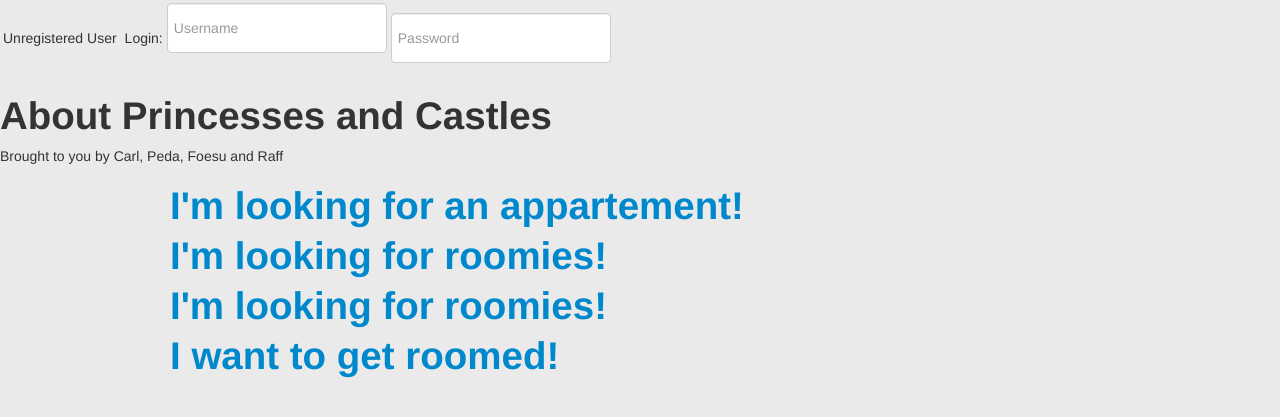
Repository: ese-unibe-ch/ese2014-team2
Page: http://localhost/Skeleton/pages/index.jsp
These files come from the project's save history. The page is drawn as it stood at one moment and after the next save; the edit follows.
The browser window is 1280 px wide. The pictures show the whole page.
Some web libraries are served in a nearby version. The page is served by Tomcat 9. Nobody is signed in. The application's start-up code is not run. The template is opened directly, without the code that normally fills it, so the values that code supplies are empty.

Above is the page before, as saved 2014-10-16 11:24:09.
Console error (its wording comes from the project's code and is left out).

After the next save:
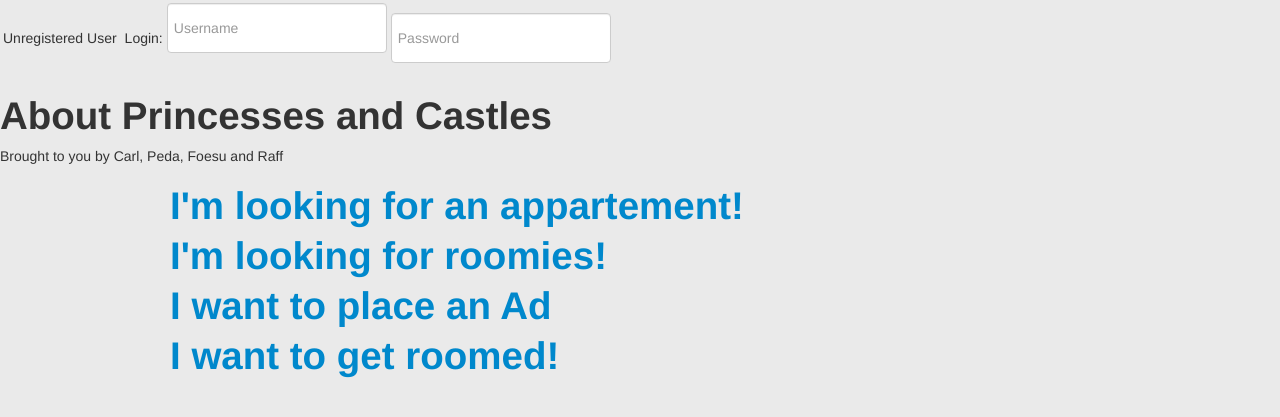
Saved 11 s later.
--- a/Skeleton/src/main/webapp/pages/index.jsp
+++ b/Skeleton/src/main/webapp/pages/index.jsp
@@ -22,7 +22,7 @@
 
 		<a href="/showmates">
     		<div class="main_button_left">
-				<h1>I'm looking for roomies!</h1>
+				<h1>I want to place an Ad</h1>
 				<div id="mbl2"></div>
 			</div>
 		</a>
